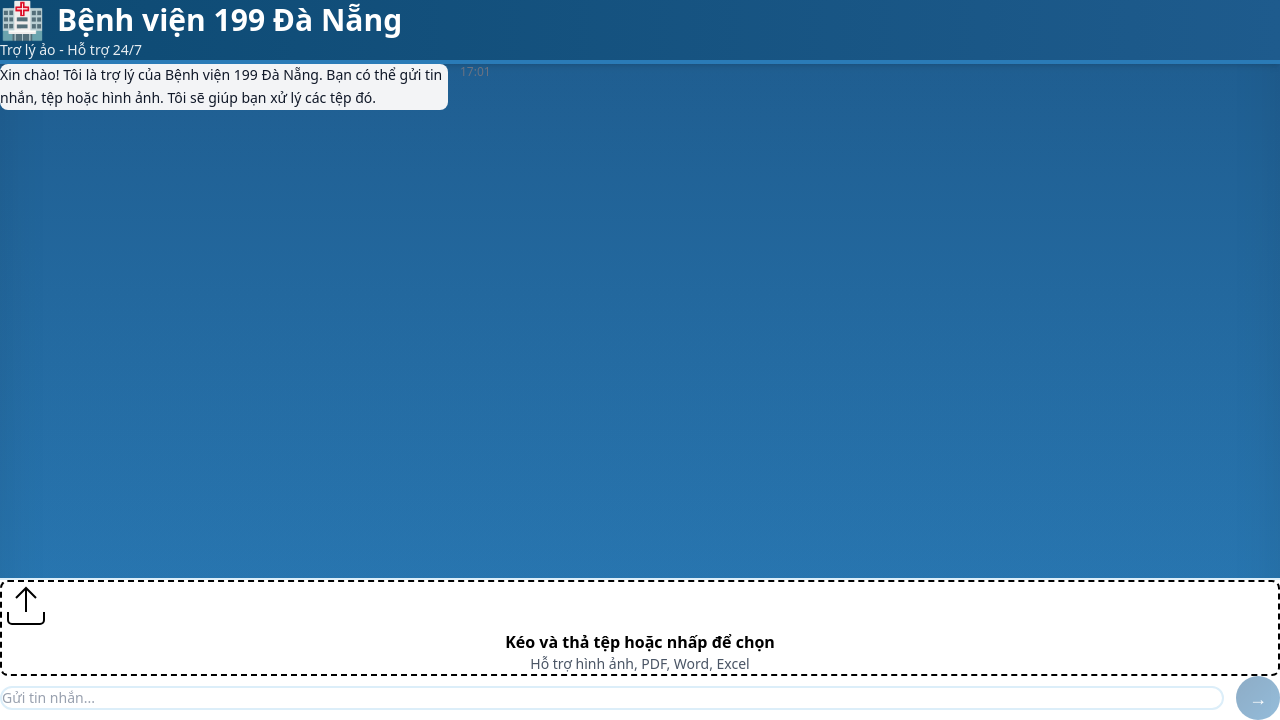
Repository: France2003/B-nh_Vi-n_199
Page: /
These files come from the project's save history. The page is drawn as it stood at one moment and after the next save; the edit follows.
The browser window is 1280 px wide. The pictures show the whole page.
The project was rebuilt for these pictures with package versions that can differ from the ones it lists, and the page was loaded fresh each time. Also part of the build but not shown: vite.config.ts, src/App.css, src/components/FilePreview.tsx.

Above is the page before, as saved 2026-01-09 22:19:49.

After the next save:
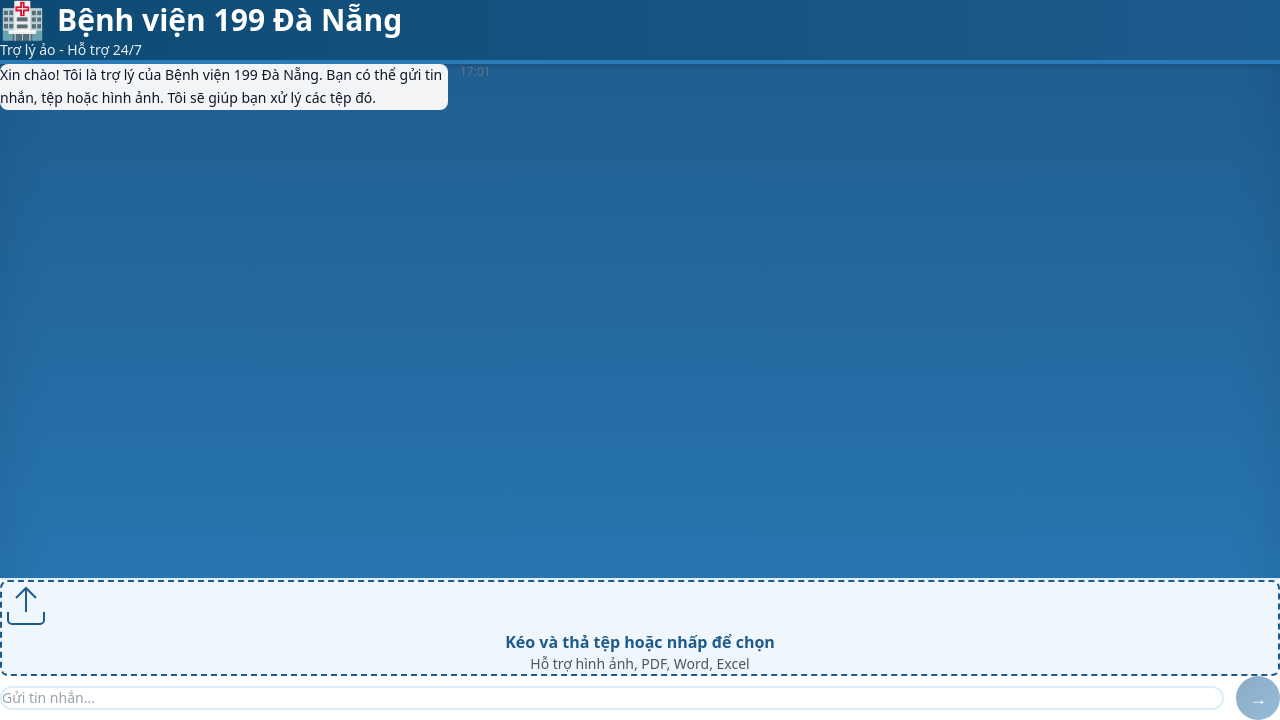
Saved 11 s later.
--- a/src/components/FileUploader.tsx
+++ b/src/components/FileUploader.tsx
@@ -65,9 +65,13 @@
     <div
       className={`border-2 border-dashed rounded-lg p-6 text-center transition-all cursor-pointer mb-4 ${
         isDragActive
-          ? 'border-hospital-600 bg-hospital-50 shadow-lg shadow-hospital-500/20'
-          : 'border-hospital-700 bg-hospital-50 hover:bg-blue-50 hover:border-hospital-600'
+          ? 'shadow-lg'
+          : 'hover:bg-blue-50'
       }`}
+      style={{
+        borderColor: isDragActive ? '#2a7bb7' : '#1e5b8d',
+        backgroundColor: isDragActive ? '#e8f4fb' : '#f0f7fc'
+      }}
       onDragEnter={handleDrag}
       onDragLeave={handleDrag}
       onDragOver={handleDrag}
@@ -83,16 +87,17 @@
       />
       <div className="pointer-events-none">
         <svg
-          className="w-12 h-12 text-hospital-700 mx-auto mb-3"
+          className="w-12 h-12 mx-auto mb-3"
           viewBox="0 0 24 24"
           fill="none"
           stroke="currentColor"
+          style={{color: '#1e5b8d'}}
         >
           <path d="M21 15v4a2 2 0 0 1-2 2H5a2 2 0 0 1-2-2v-4"></path>
           <polyline points="17 8 12 3 7 8"></polyline>
           <line x1="12" y1="3" x2="12" y2="15"></line>
         </svg>
-        <p className="m-0 mb-1 text-base font-semibold text-hospital-700">Kéo và thả tệp hoặc nhấp để chọn</p>
+        <p className="m-0 mb-1 text-base font-semibold text-gray-700" style={{color: '#1e5b8d'}}>Kéo và thả tệp hoặc nhấp để chọn</p>
         <p className="m-0 text-sm text-gray-600">Hỗ trợ hình ảnh, PDF, Word, Excel</p>
       </div>
     </div>
